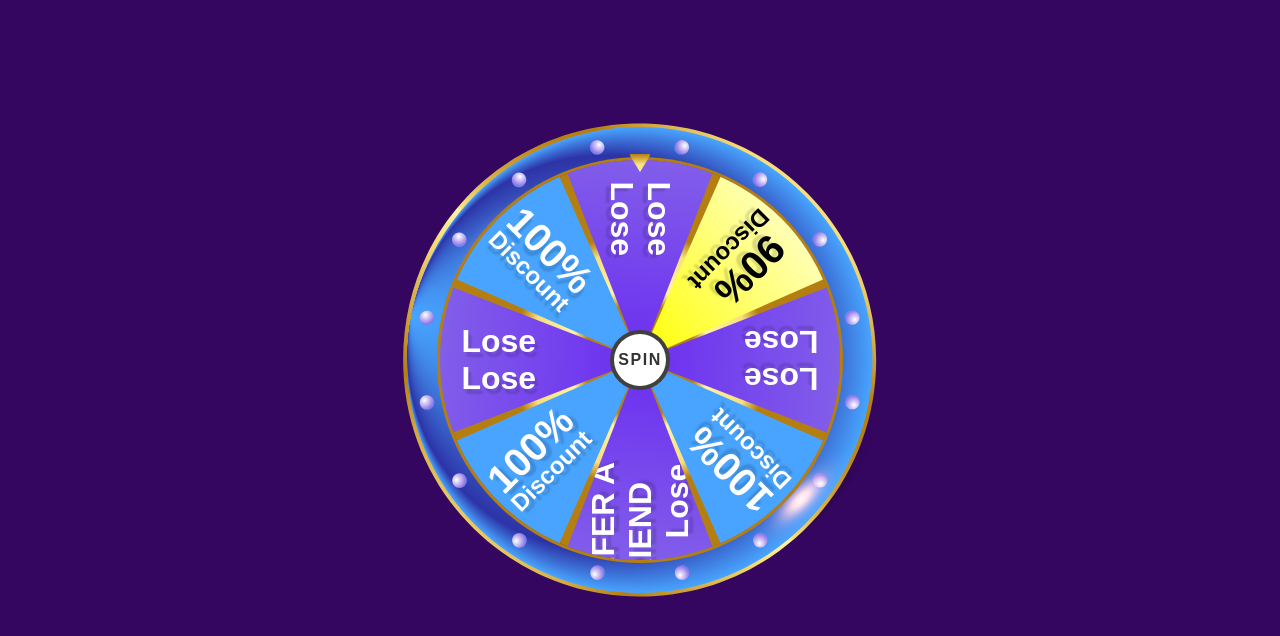
Repository: Jacques-Jaki-Morkel/FundedMarketplace_WheelofFortune
Page: index.html
These files come from the project's save history. The page is drawn as it stood at one moment and after the next save; the edit follows.
The browser window is 1280 px wide. The pictures show the whole page.

Above is the page before, as saved 2025-08-14 14:17:23.

### index.html
<!DOCTYPE html>
<html lang="en">

<head>
    <meta charset="UTF-8">
    <meta name="viewport" content="width=device-width, initial-scale=1.0">
    <title>Wheel of Fortune - Funded Marketplace</title>
    <link rel="stylesheet" href="styles.css">
</head>

<body>
    <div class="container">
        <div class="spinBtn">
            SPIN
        </div>
        <img class="wheel-frame" src="assets/rings.svg" alt="wheel rings">
        <div class="wheel">
            <div class="number" style=" --i:1 ;">
                <span>
                    <div class="sliceTextGroup">
                        <h2 class="mediumSliceText">Lose</h2>
                        <h3 class="mediumSliceText">Lose</h3>
                    </div>
                </span>
            </div>
            <div class="number" style=" --i:2 ;--clr2: linear-gradient(var(--angle), white, yellow);">
                <span class="ulitmatePrize">
                    <div class="sliceTextGroup">
                        <h2 class="largeSliceText">90%</h2>
                        <h3 class="smallSliceText">Discount</h3>
                    </div>
                </span>
            </div>
            <div class="number" style=" --i:3 ;">
                <span>
                    <div class="sliceTextGroup">
                        <h2 class="mediumSliceText">Lose</h2>
                        <h3 class="mediumSliceText">Lose</h3>
                    </div>
                </span>
            </div>
            <div class="number"
                style=" --i:4 ;--clr2: linear-gradient(var(--angle), #8b72e7 0%, #48a4ff 7%, #48a4ff 89%,  #3638ad 100%);">
                <span>
                    <div class="sliceTextGroup">
                        <h2 class="largeSliceText">100%</h2>
                        <h3 class="smallSliceText">Discount</h3>
                    </div>
                </span>

            </div>
            <div class="number" style=" --i:5 ;">
                <span>
                    <div class="sliceTextGroup">
                        <h2 class="mediumSliceText">REFER A FRIEND</h2>
                        <h3 class="mediumSliceText">Lose</h3>
                    </div>
                </span>

            </div>
            <div class="number"
                style=" --i:6 ;--clr2: linear-gradient(var(--angle), #8b72e7 0%, #48a4ff 7%, #48a4ff 89%,  #3638ad 100%);">
                <span>
                    <div class="sliceTextGroup">
                        <h2 class="largeSliceText">100%</h2>
                        <h3 class="smallSliceText">Discount</h3>
                    </div>
                </span>

            </div>
            <div class="number" style=" --i:7 ;">
                <span>
                    <div class="sliceTextGroup">
                        <h2 class="mediumSliceText">Lose</h2>
                        <h3 class="mediumSliceText">Lose</h3>
                    </div>
                </span>

            </div>
            <div class="number"
                style=" --i:8 ;--clr2: linear-gradient(var(--angle), #8b72e7 0%, #48a4ff 7%, #48a4ff 89%,  #3638ad 100%);">
                <span>
                    <div class="sliceTextGroup">
                        <h2 class="largeSliceText">100%</h2>
                        <h3 class="smallSliceText">Discount</h3>
                    </div>
                </span>

            </div>
        </div>
        <div>
            <script src="script.js"></script>
</body>

</html>

### styles.css
* {
    margin: 0;
    padding: 0;
    box-sizing: border-box;
    font-family: 'Poppins', sans-serif;
}

body {
    display: flex;
    justify-content: center;
    align-items: center;
    min-height: 100vh;
    background: rgb(52, 6, 96);
}

.container {
    position: relative;
    width: 400px;
    height: 400px;
    display: flex;
    justify-content: center;
    align-items: center;
}

.container .spinBtn {
    position: absolute;
    width: 60px;
    height: 60px;
    background: #fff;
    border-radius: 50%;
    z-index: 10;
    display: flex;
    justify-content: center;
    align-items: center;
    text-transform: uppercase;
    font-weight: 600;
    color: #333;
    letter-spacing: 0.1em;
    border: 4px solid rgba(0, 0, 0, 0.75);
    cursor: pointer;
    user-select: none;
}

.container .spinBtn::before {
    content: '';
    position: absolute;
    top: -180px;
    width: 20px;
    transform: rotate(180DEG);
    height: 30px;
    background: linear-gradient(#b57e10  ,#fff3a6 , #f9df7b , #b57e10 );
    clip-path: polygon(50% 40%, -5% 100%, 105% 100%);
}

.container .wheel {
    position: absolute;
    top: 50%;
    left: 50%;
    width: 100%;
    height: 100%;
    inset: 0;
    border-radius: 50%;
    overflow: hidden; /* keeps slices inside the wheel */
    z-index: 2; /* above frame */
    background: radial-gradient(#b57e10 20%, #fff3a6 25%, #f9df7b 39%, #b57e10 45%);
     box-shadow: 0 0 0 3px rgba(181, 126, 16, 1)


}

.wheel-frame {
    position: absolute;
    top: 50%;
    left: 50%;
    width: 170%; /* bigger than wheel */
    height: 170%;
    transform: translate(-50%, -50%);
    z-index: 1; /* behind the wheel */
    pointer-events: none; /* allows clicking wheel slices */
}


.container .wheel .number {
    position: absolute;
    width: 50%;
    height: 50%;
    background:var(--clr2, linear-gradient(var(--angle), #8b72e7, #6b2df0));
    --angle: 140deg;
    transform-origin: bottom right;
    transform: rotate(calc(45deg * var(--i)));
    clip-path: polygon(0 0, 56% 0, 100% 100%, 0 56%);
    display: flex;
    justify-content: center;
    align-items: center;
    user-select: none;
    cursor: pointer;
}

.container .wheel .number span {
    position: relative;
    transform: rotate(45deg);
    color: #fff;
    font-size: 2em;
    font-weight: 700;
    text-shadow: 3px 5px 2px rgba(0, 0, 0, 0.15);
}
.ulitmatePrize{
    position: relative;
    transform: rotate(45deg);
    color: #000 !important;
    font-size: 2em;
    font-weight: 700;
    text-shadow: 3px 5px 2px rgba(0, 0, 0, 0.15);
}
.sliceTextGroup {
    display: flex;
    flex-direction: column;
    align-items: center;
}
.smallSliceText {
    font-size: 0.75em;
}
.largeSliceText {
    font-size: 1.25em;
   line-height: 32px;
}
.mediumSliceText {
    font-size: 1em;
     text-transform: lowercase ; /* capitalizes every word */
     text-transform: capitalize ; /* capitalizes every word */

}

/* .container .wheel .number span::after {
    content: '$';
    padding-left: 5px;
    position: absolute;
    font-size: 0.75em;
    font-weight: 500;
} */

### script.js
const wheel = document.querySelector('.wheel');
const spinButton = document.querySelector('.spinBtn');
const value = Math.ceil(Math.random() * 360);

spinButton.addEventListener('click', () => {
    const rotations = Math.max(Math.random() * 100, 15); // Ensure at least 15 full rotations
    const randomDegree = Math.floor(Math.random() * (360*rotations)) + 720; // Ensure at least two full rotations
    const finalDegree = value + randomDegree;

    wheel.style.transition = 'transform 5s ease-in-out';
    wheel.style.transform = `rotate(${finalDegree}deg)`;

//     spin styles
//     cubic-bezier(0.33, 1, 0.68, 1)
})

After the next save:
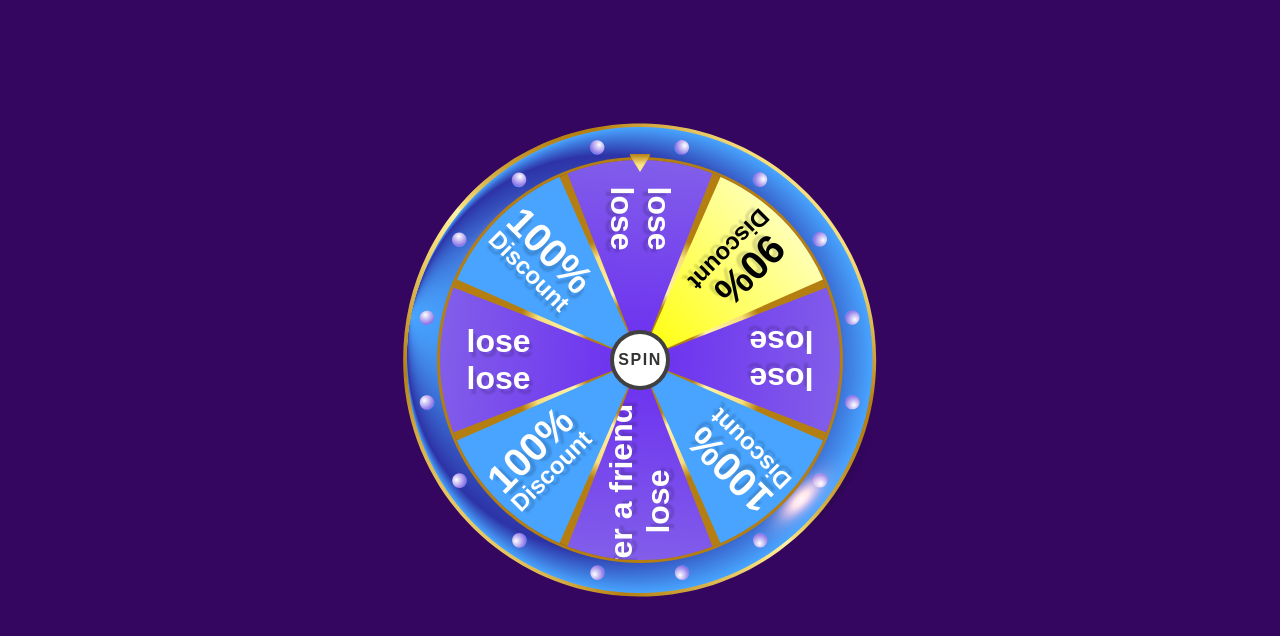
Saved 25 s later.
--- a/styles.css
+++ b/styles.css
@@ -127,7 +127,7 @@
 .mediumSliceText {
     font-size: 1em;
      text-transform: lowercase ; /* capitalizes every word */
-     text-transform: capitalize ; /* capitalizes every word */
+     text-transform:  ; /* capitalizes every word */
 
 }
 

After the save that followed:
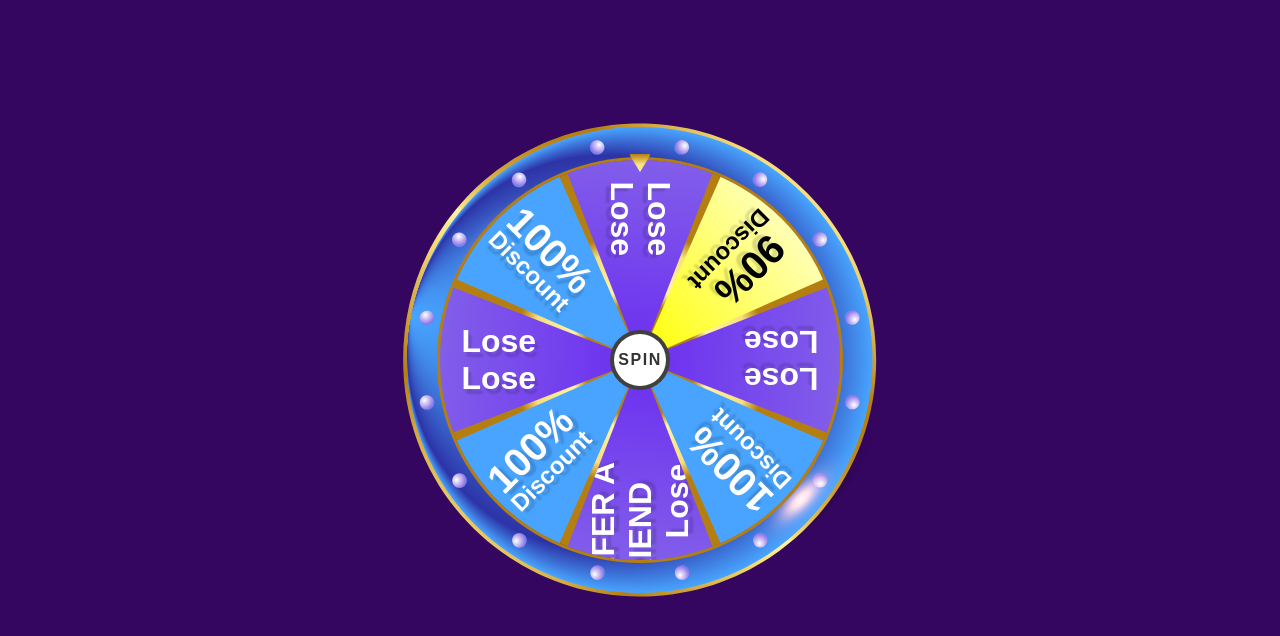
Saved 20 s later.
--- a/styles.css
+++ b/styles.css
@@ -126,8 +126,6 @@
 }
 .mediumSliceText {
     font-size: 1em;
-     text-transform: lowercase ; /* capitalizes every word */
-     text-transform:  ; /* capitalizes every word */
 
 }
 
